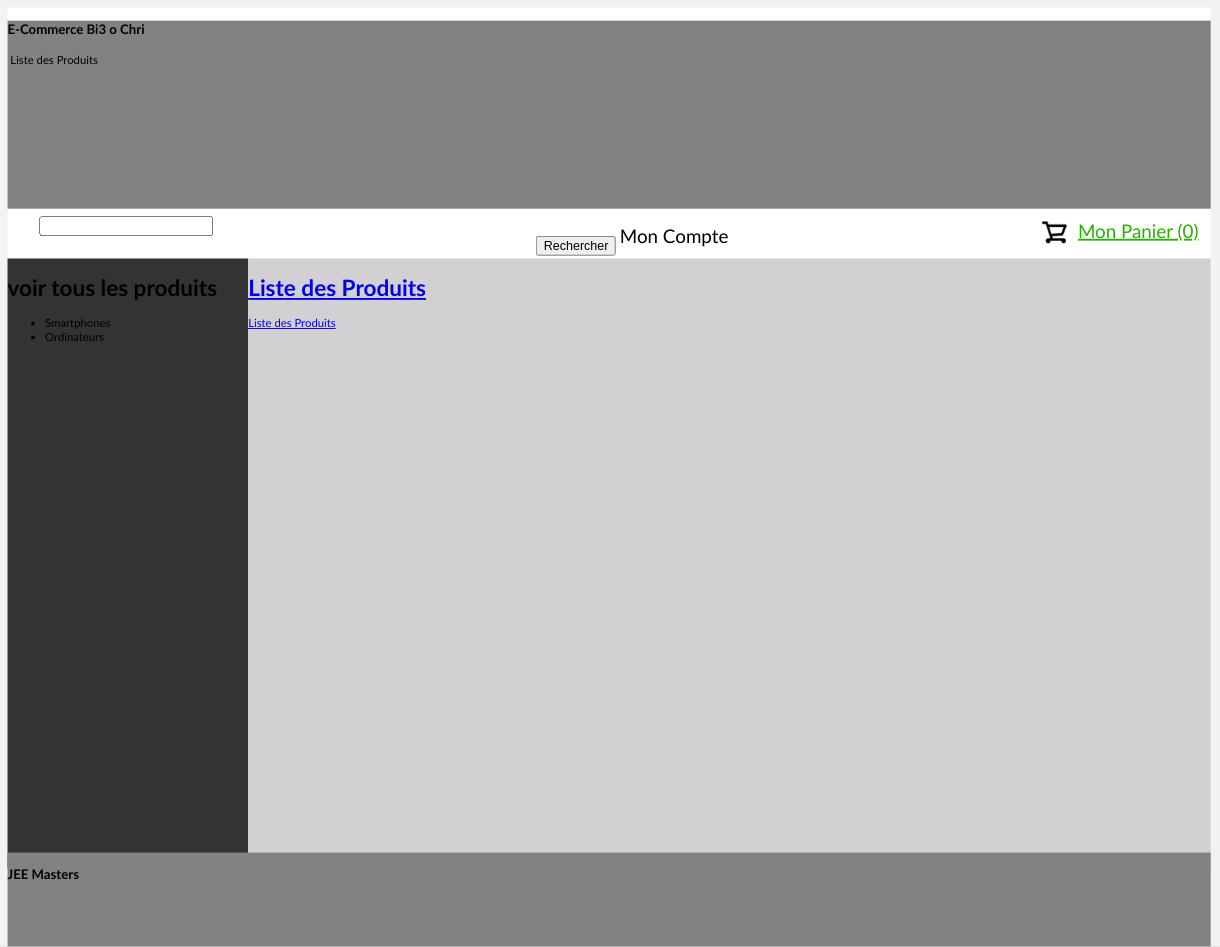
Repository: EBusinesss/Ebusiness
Page: http://localhost/EcomWEB/
These files come from the project's save history. The page is drawn as it stood at one moment and after the next save; the edit follows.
The browser window is 1280 px wide. The page is 1298 px wide, so the pictures cover 1298 px, including what lies to the right of the window. The pictures show the whole page, at 94% of full size.
The page is served by Tomcat 9. Nobody is signed in. The application's start-up code is not run.

Above is the page before, as saved 2014-12-25 15:18:09.

After the next save:
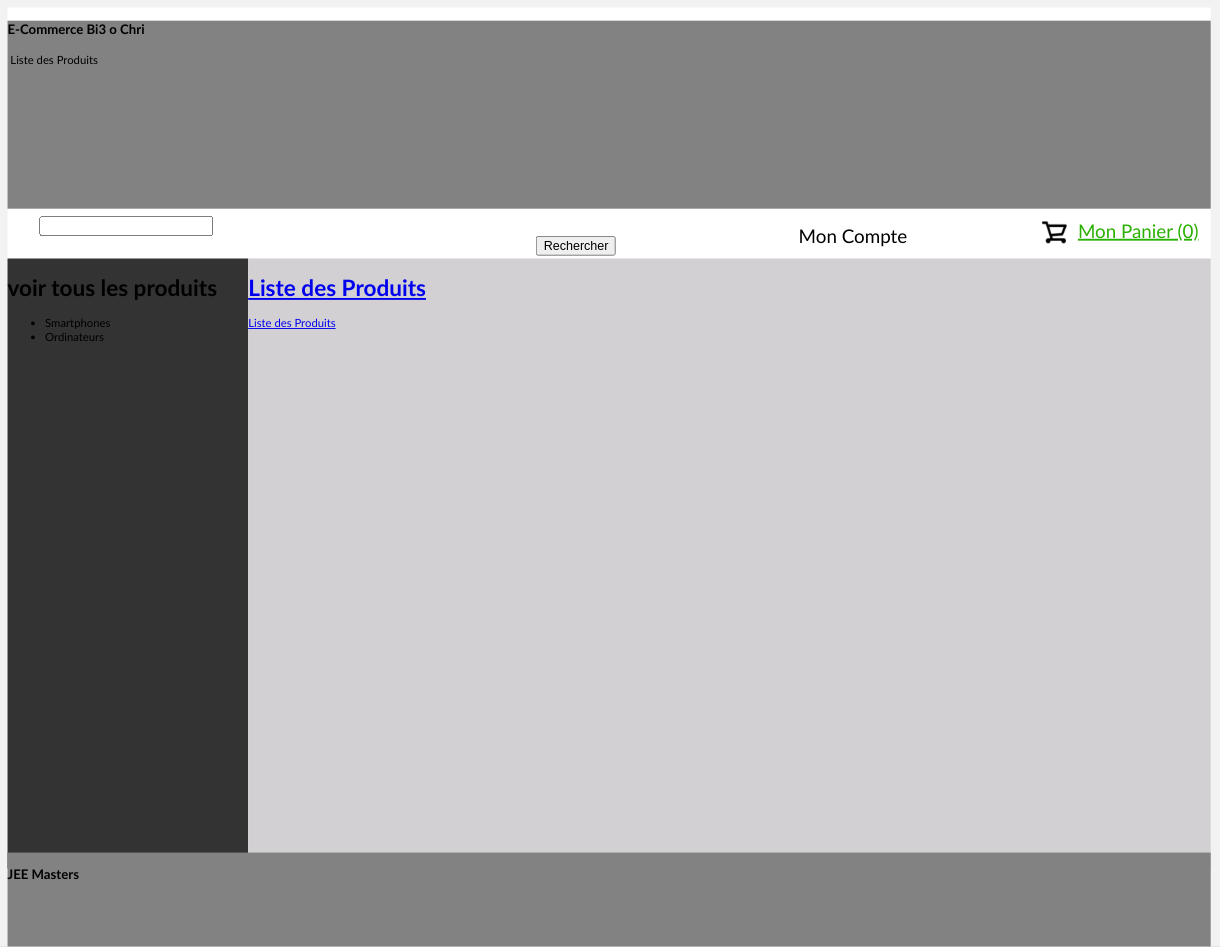
Saved 32 s later.
--- a/Workspace/EcomWEB/WebContent/index.jsp
+++ b/Workspace/EcomWEB/WebContent/index.jsp
@@ -32,15 +32,15 @@
 			<table class="tableNavig">
 				<tr>
 					<td width="50%"><input type="text" id="nomProduitRecherche"
-						height="10" width="25" align="left"
+						height="10" width="25" align="right"
 						onkeydown="if (event.keyCode==13) document.getElementById('btnSearch').click()">
 						<div align="right">
 							<button onclick="Rechercher()" type="button" id="btnSearch">Rechercher</button>
 						</div></td>
 
-					<td width="25%" align="left"><a>Mon Compte</a></td>
+					<td width="25%" align="right"><a>Mon Compte</a></td>
 
-					<td width="25%" align="left">
+					<td width="25%" align="right">
 						<div class="Basket">
 							<div class="icn-Basket"></div>
 							<a href="" class="HeaderLink"> <span
